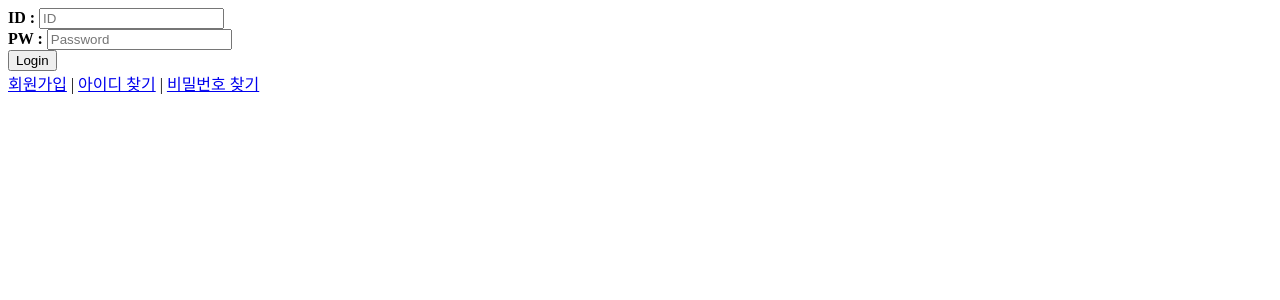
Repository: Rysdne/01_Java
Page: http://localhost/WildcatTest/login/login.jsp
The author's editor kept a copy of each file at every save. The page is drawn from the files as they stood at one save, then again after the next save.
The browser window is 1280 px wide. The pictures show the whole page.
The page is served by Tomcat 9. Queries for data that is not in the repository find no rows.

Above is the page before, as saved 2022-07-14 06:19:25.

After the next save:
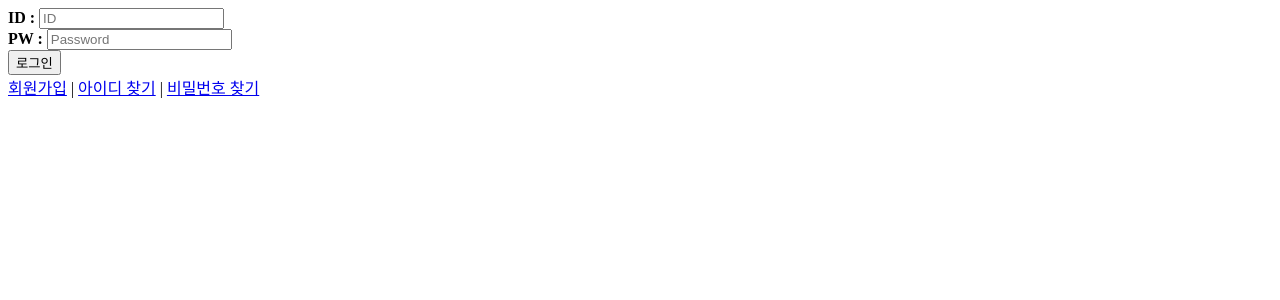
Saved 17 s later.
--- a/WildcatTest/src/main/webapp/login/login.jsp
+++ b/WildcatTest/src/main/webapp/login/login.jsp
@@ -39,7 +39,7 @@
 		<span style="font-weight: bold">ID : </span> <input type="text"
 			placeholder="ID"><br> <span style="font-weight: bold">PW
 			: </span> <input type="password" placeholder="Password"><br> <input
-			type="button" id="login" value="Login">
+			type="button" id="login" value="로그인">
 	</form>
 	<a href="#">회원가입</a> |
 	<a href="#">아이디 찾기</a> |
